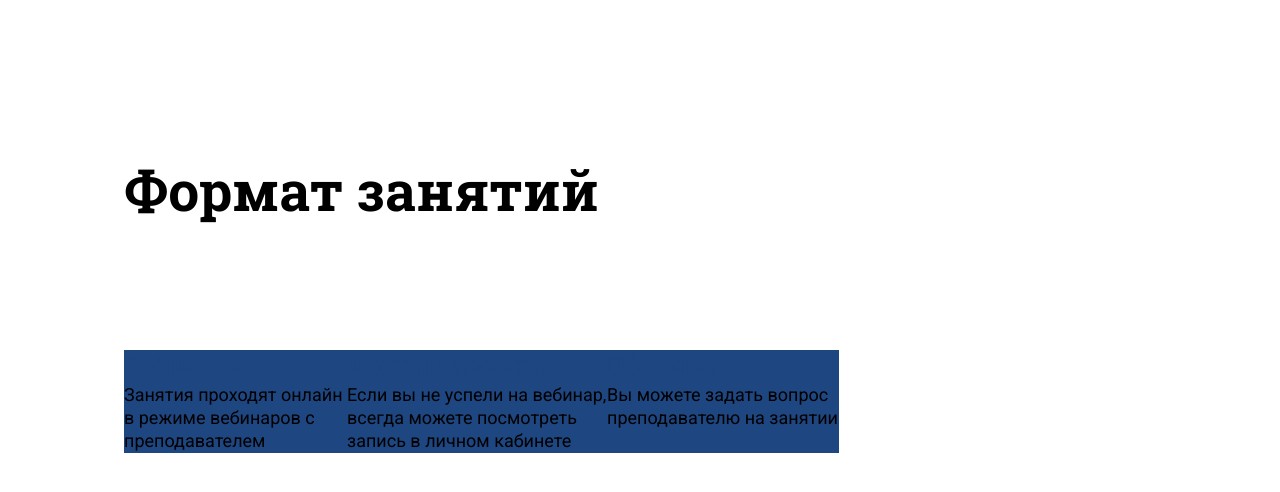
Repository: PoladEziz/Task2
Page: index.html
An editor plug-in stored every save of this project. The page is shown before and after the next save, followed by the edit.
The browser window is 1280 px wide. The pictures show the whole page.

Above is the page before, as saved 2023-05-04 17:31:56.

After the next save:
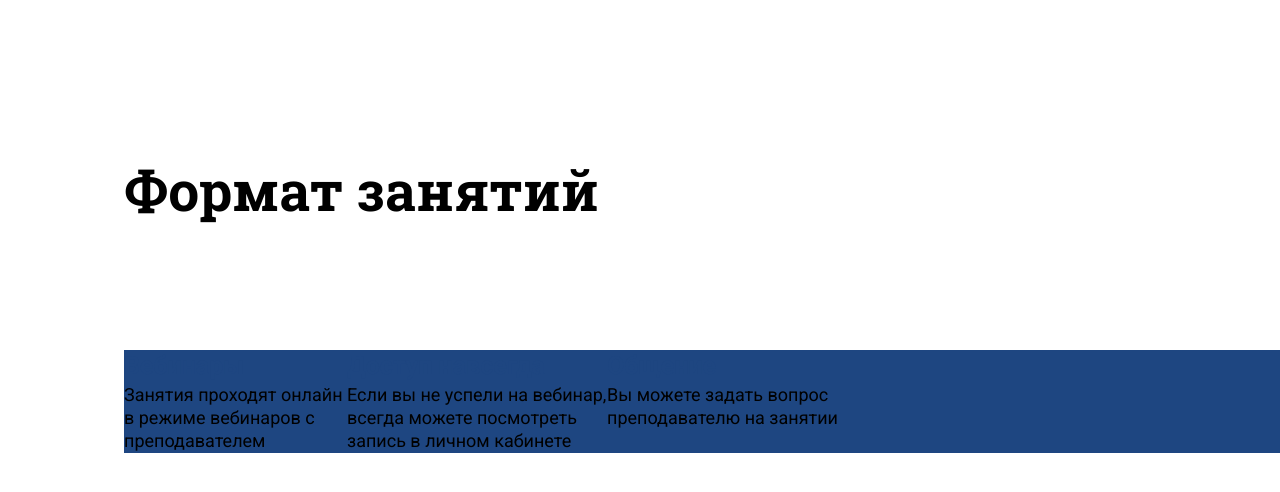
Saved 29 s later.
--- a/index.css
+++ b/index.css
@@ -26,7 +26,7 @@
     line-height: 55px;
 }
 .page-1 ul{
-    /* width: 100%; */
+    width: 100%;
     display: flex;
     background-color: #1E4681;
 }
